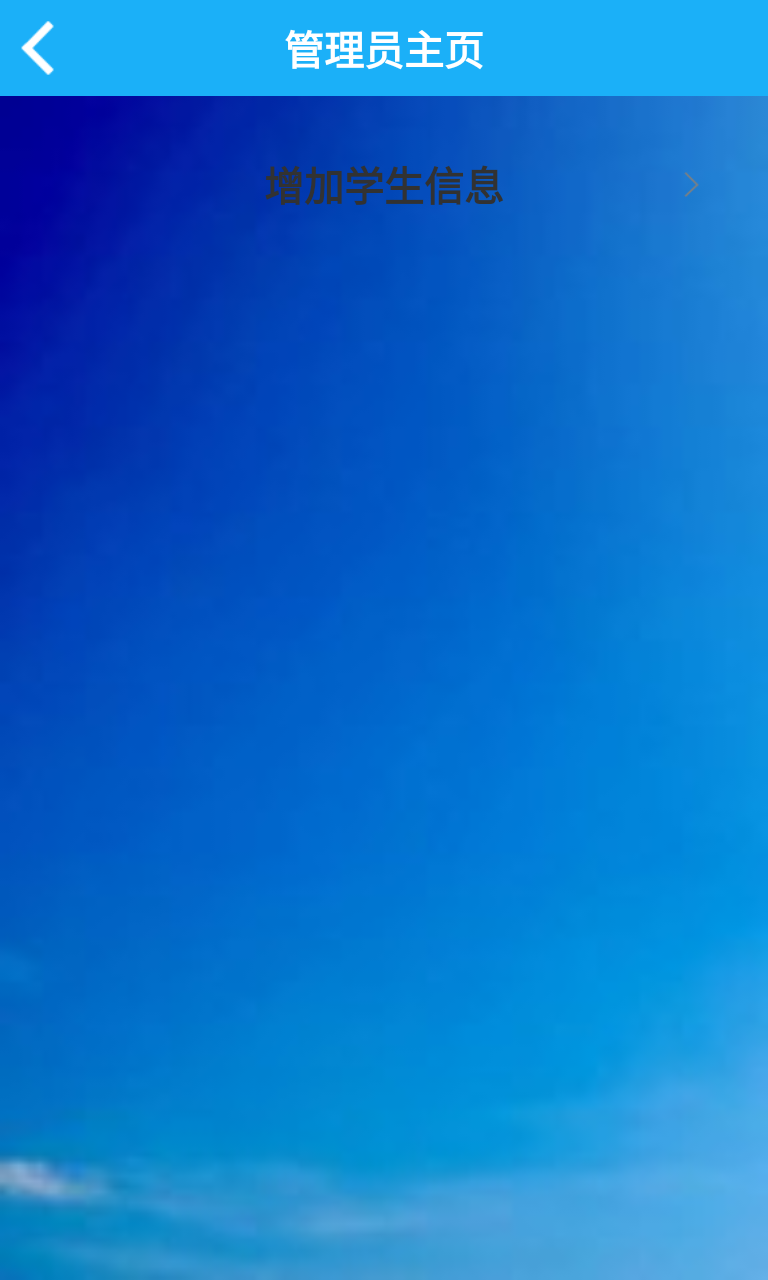
Repository: 15862175370/MyProject
Layout: 毕业设计系统源码_李伟/client/TeachSystem/res/layout/administrator_center.xml
An editor plug-in stored every save of this project. The layout is shown before and after the next save, followed by the edit.
It is drawn on a 768 x 1280 px phone screen (xhdpi) without system bars, with theme AppTheme; the app's code is not run.

Above is the layout before, as saved 2016-05-20 07:55:08.

After the next save:
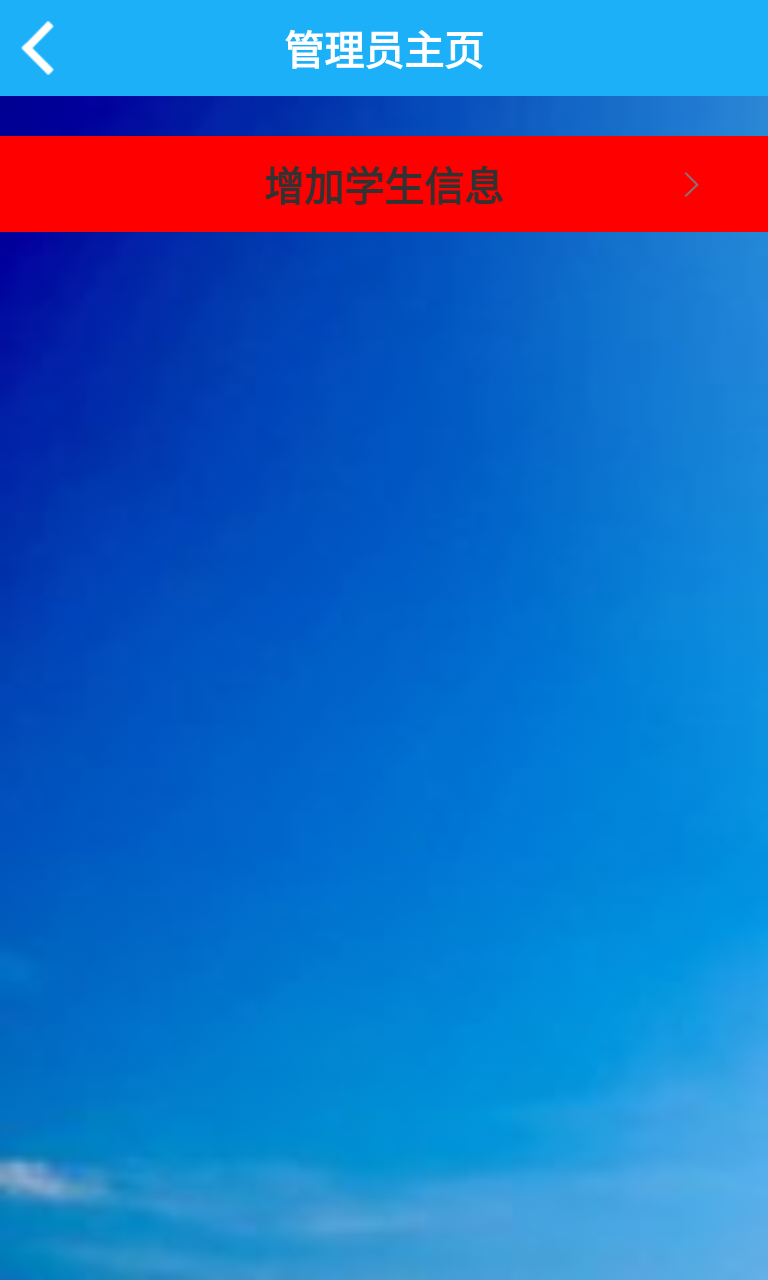
Saved 30 s later.
--- a/毕业设计系统源码_李伟/client/TeachSystem/res/layout/administrator_center.xml
+++ b/毕业设计系统源码_李伟/client/TeachSystem/res/layout/administrator_center.xml
@@ -44,6 +44,7 @@
     </RelativeLayout>
 
     <RelativeLayout
+        android:background="#ff0000"
         android:layout_marginTop="20dp"
         android:id="@+id/select"
         android:layout_width="match_parent"
